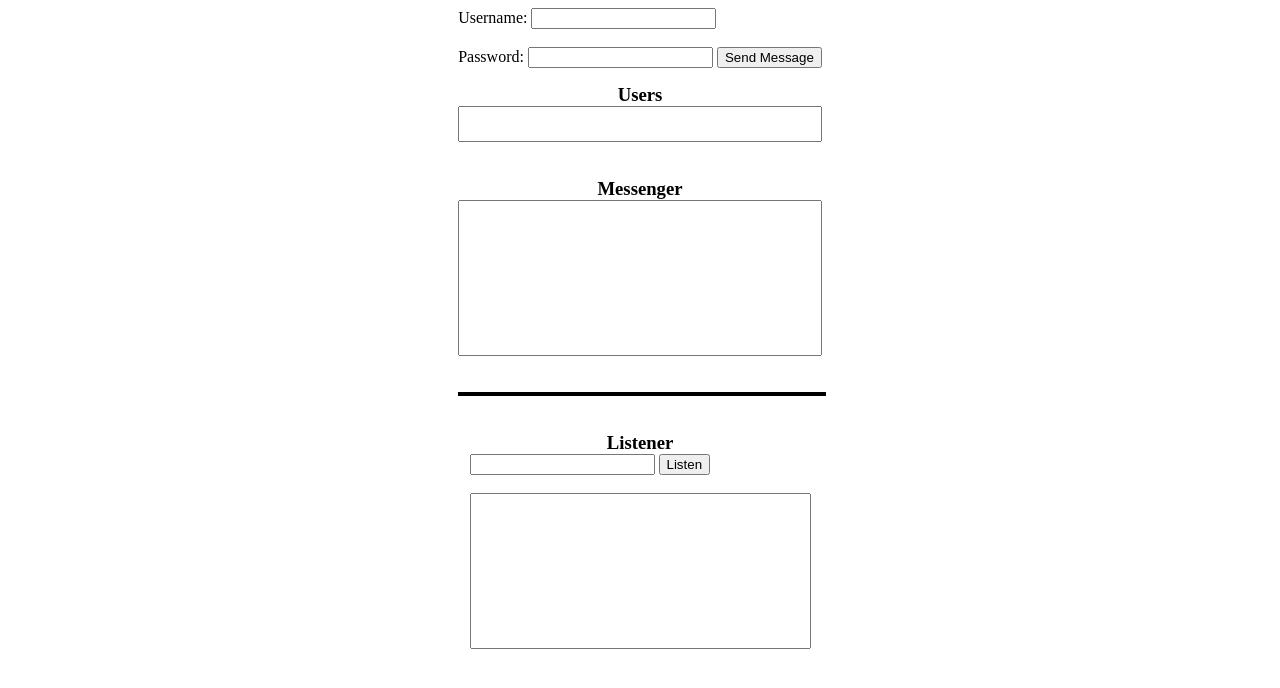
Repository: hosua/it-202
Page: http://localhost/
These files come from the project's save history. The page is drawn as it stood at one moment and after the next save; the edit follows.
The browser window is 1280 px wide. The pictures show the whole page.
The page is run by PHP 8.4 with error messages shown; the project is at /var/www/html/. Queries for data that is not in the repository find no rows.

Above is the page before, as saved 2022-12-02 05:34:09.

### assign5/index.php
<html>
    <div class="container">
<?php
include 'info.php';

ini_set("display_errors", 1); // debugging
ini_set("display_startup_errors", 1); // debugging

if (mysqli_connect_errno()){ echo "Failed to connect to MySQL: " . mysqli_connect_error(); exit(); }
?>

<form method=post action="index.php">
    <label for=user>Username: </label>
    <input type=text id=user name=user>
    <br> <br>
    <label for=pass>Password: </label>
    <input type=password id=pass name=pass>
    <input type="submit" value="Send Message">
</form>

<h3 style="margin: auto;"> Users </h3>
<!-- User list -->
<textarea readonly id=active-users name=active-users cols=20 rows=2>
<?php
$sql = "SELECT * FROM Users;";
$query_res =$conn->query($sql);
while ($row = $query_res->fetch_assoc()) {
    echo $row['username'] . " ";
}
?>
</textarea>
<!-- Messenger -->
<br> <br>
<h3 style="margin: auto;"> Messenger </h3>
<textarea id=messenger name=messenger cols=40 rows=10>
<?php
    // keyup event => ajax behavior
    // 1st group of ajax functions -- http1 object & functions
    // content copied to database, php does SQL update
?>
</textarea>
<br> <br>
<span class=warning id=warning>
<?php
 // error message here if user fails to login
?>
</span>
</div> <!-- messenger-container -->
<br> <br>
<!-- Listener -->
<div class=container>
    <h3 style="margin: auto;"> Listener </h3>
    <label for=listener-name>
    <input type=text id=listener-name name=listener-name>
    <button type=button id=listener-button>Listen</button>
    <br> <br>
    <textarea id=listener name=listener cols=40 rows=10>
    </textarea>
</div> <!-- listener-container -->

<link rel="stylesheet" href="styles.css">

</html>

### assign5/info.php
<?php
	session_start();
	$dbserver= "localhost";
	$dbuser= "hoswoo";
	$dbpass = "m1z0m1z0";
	$dbname = "it202";

	$active_page = basename($_SERVER["PHP_SELF"], ".php");

	// This is how to make a .php page unvisitable.
	// User should never be able to visit this page since it only holds information and functions.
	if ( $_SERVER['REQUEST_METHOD']=='GET' && realpath(__FILE__) == realpath( $_SERVER['SCRIPT_FILENAME'] ) ) {
		header("location: index.php");
	}

	$conn = mysqli_connect($dbserver,$dbuser,$dbpass,$dbname);
	if (mysqli_connect_errno()){ echo "Failed to connect to MySQL: " . mysqli_connect_error(); exit(); }
?>

<link rel="stylesheet" href="styles.css">

### assign5/styles.css
.warning {
    border: 2px solid black;
    background-color: red;
    position: relative;
    width: 100%;
}

.container {
    display: grid;
    justify-content: center;
    align-items: center;
}

#active-users {
    resize: none;
}

#messenger {
    resize: none;
}

#listener {
    position: relative;
    width: 100%;
    resize: none;
}

After the next save:
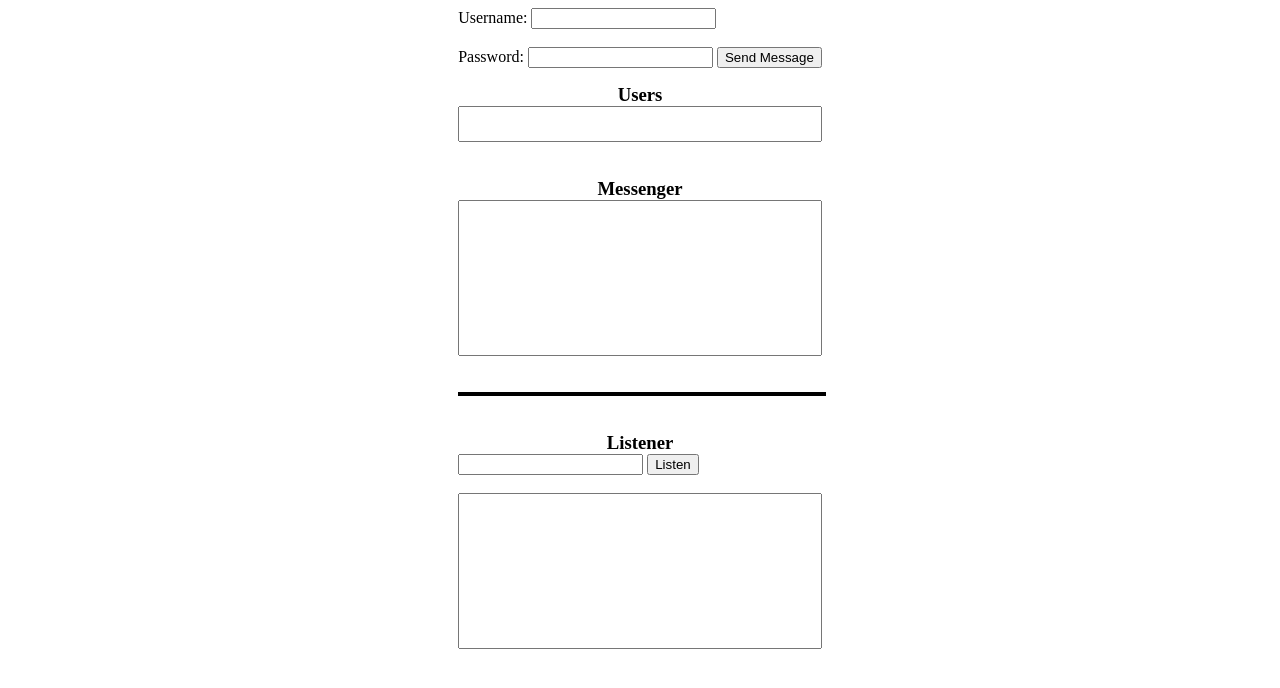
Saved 21 s later.
--- a/assign5/index.php
+++ b/assign5/index.php
@@ -45,10 +45,8 @@ while ($row = $query_res->fetch_assoc()) {
  // error message here if user fails to login
 ?>
 </span>
-</div> <!-- messenger-container -->
 <br> <br>
 <!-- Listener -->
-<div class=container>
     <h3 style="margin: auto;"> Listener </h3>
     <label for=listener-name>
     <input type=text id=listener-name name=listener-name>
